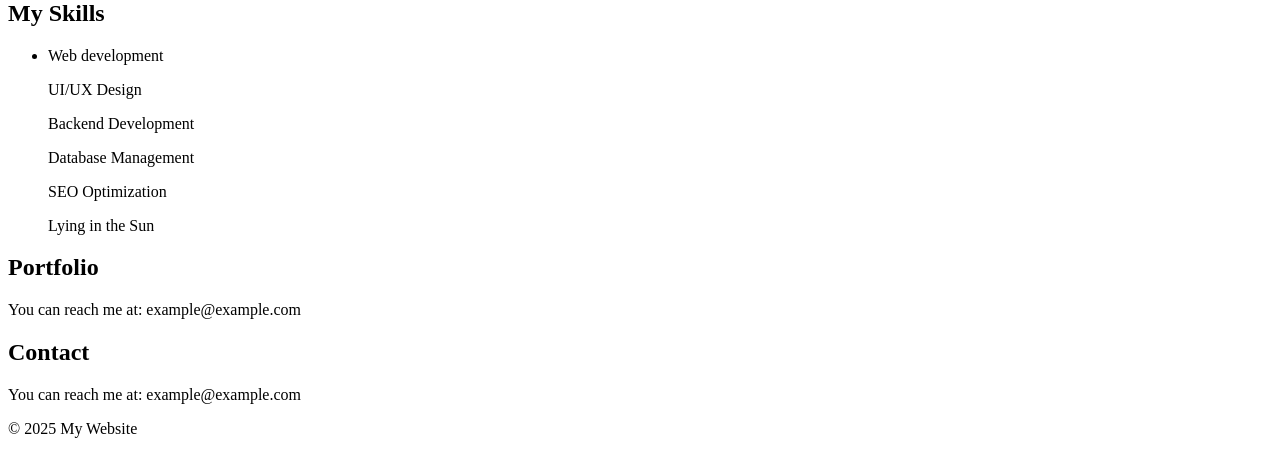
Repository: andajonas/Module_04_ANDJON25111_fto2502_A2_Anda-Jonas_SDF02
Page: index.html
These files come from the project's save history. The page is drawn as it stood at one moment and after a run of saves; the edit follows.
The browser window is 1280 px wide. The pictures show the part of the page from y = 601 to 1055 px (the page is 1055 px tall before and 975 px after).
A picture or video elsewhere on the page could not be fetched, so the positions and the page height are approximate.

Above is the page before, as saved 2025-03-05 09:24:08.

After the next 2 saves:
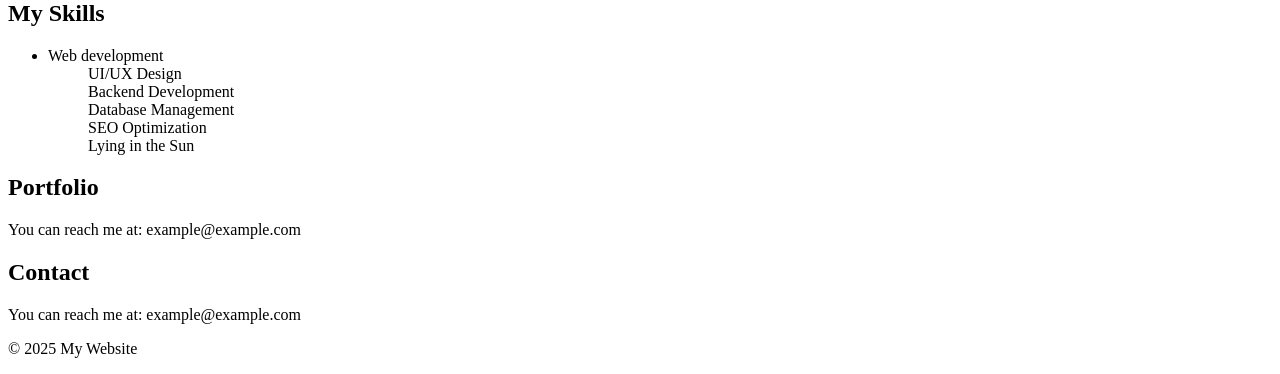
The 2 saves are shown as one change because they came seconds apart.
The last was saved 8 s later.
--- a/index.html
+++ b/index.html
@@ -24,7 +24,7 @@
     <section id="skills">
         <h2>My Skills</h2>
         <ul>
-       <li>Web development</ul>
+       <li>Web development</li>
        <ul>UI/UX Design</ul>
        <ul>Backend Development</ul>
        <ul>Database Management</ul>
